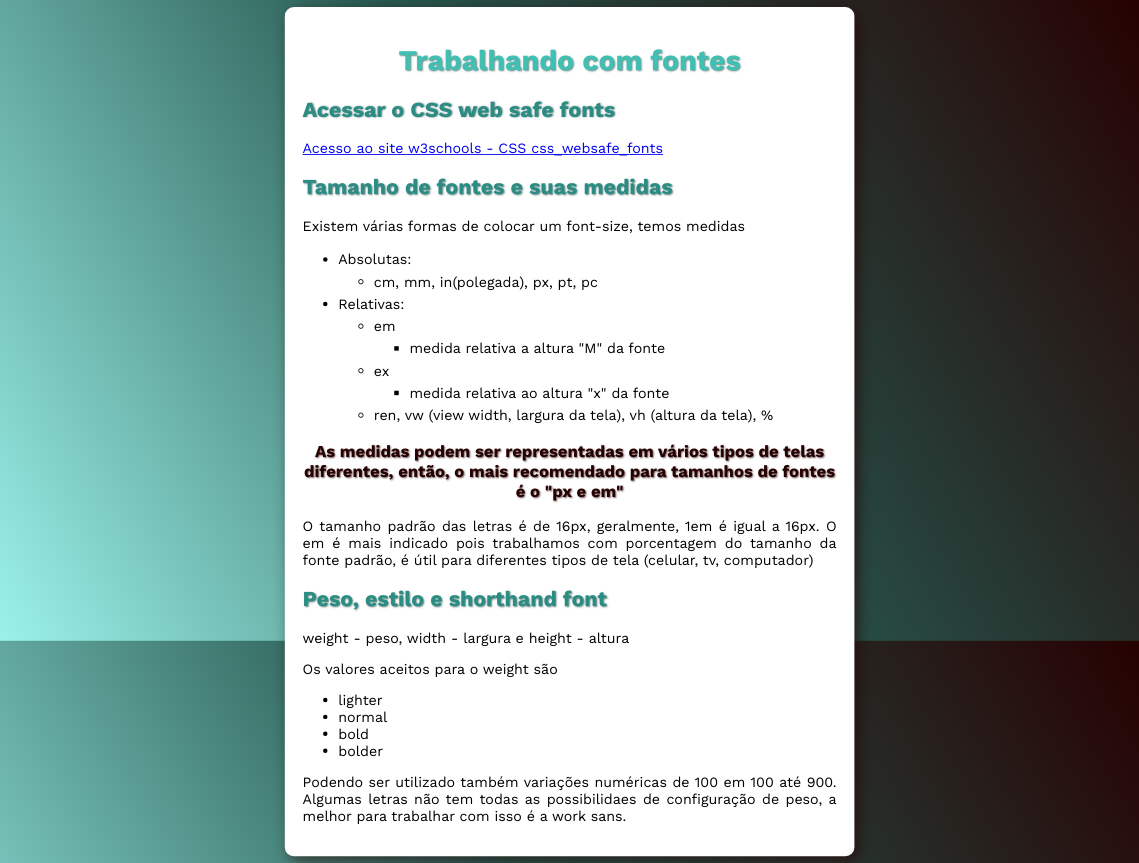
Repository: Willcmorais/vscode-workspace
Page: html-css/curso-em-video/modulo02/estudos/ex022-trab-fontes/fontes.html
An editor plug-in stored every save of this project. The page is shown before and after a run of saves, followed by the edit.
The browser window is 1280 px wide. The pictures show the whole page, at 89% of full size.
Backgrounds fixed to the window are drawn as part of the page.

Above is the page before, as saved 2024-09-18 21:07:24.

### html-css/curso-em-video/modulo02/estudos/ex022-trab-fontes/fontes.html
<!DOCTYPE html>
<html lang="pt-br">

<head>
    <meta charset="UTF-8">
    <meta name="viewport" content="width=device-width, initial-scale=1.0">
    <link rel="stylesheet" href="style.css">
    <title>Fontes em CSS</title>
    <style>
        @import url('https://fonts.googleapis.com/css2?family=Work+Sans:ital,wght@0,100;0,200;0,300;0,400;0,500;0,600;0,700;0,800;0,900;1,100;1,200;1,300;1,400;1,500;1,600;1,700;1,800;1,900&display=swap');

        body {
            font-size: 1em;
            font-weight: 400;
        }

        div {
            /*distancia entre linhas*/
            line-height: 25px;
        }
    </style>

</head>

<body>

</body>
<main>
    <h1>Trabalhando com fontes</h1>
    <h2>Acessar o CSS web safe fonts</h2>
    <a target="_blank" rel="content" href="https://www.w3schools.com/csSref/css_websafe_fonts.php">Acesso ao site
        w3schools - CSS css_websafe_fonts</a>
    <h2>Tamanho de fontes e suas medidas</h2>
    <p>Existem várias formas de colocar um font-size, temos medidas</p>
    <div class="list1">
        <ul>
            <li>Absolutas:</li>
            <ul>
                <li>cm, mm, in(polegada), px, pt, pc</li>
            </ul>
            <li>Relativas:</li>
            <ul>
                <li>em <ul>
                        <li>medida relativa a altura "M" da fonte</li>
                    </ul>
                </li>
                <li>ex <ul>
                        <li>medida relativa ao altura "x" da fonte</li>
                    </ul>
                </li>
            </ul>
            <ul>
                <li>ren, vw (view width, largura da tela), vh (altura da tela), %</li>
            </ul>
        </ul>
    </div>
    <h3>As medidas podem ser representadas em vários tipos de telas diferentes, então, o mais recomendado para tamanhos
        de fontes é o "px e em"</h3>
    <p>O tamanho padrão das letras é de 16px, geralmente, 1em é igual a 16px. O em é mais indicado pois trabalhamos com
        porcentagem do tamanho da fonte padrão, é útil para diferentes tipos de tela (celular, tv, computador)</p>
    <h2>Peso, estilo e shorthand font</h2>
    <p>weight - peso, width - largura e height - altura</p>
    <p>Os valores aceitos para o weight são</p>
    <ul>
        <li>lighter</li>
        <li>normal</li>
        <li>bold</li>
        <li>bolder</li>
    </ul>
    <p>Podendo ser utilizado também variações numéricas de 100 em 100 até 900. Algumas letras não tem todas as
        possibilidaes de configuração de peso, a melhor para trabalhar com isso é a work sans.</p>

</main>

</html>

### html-css/curso-em-video/modulo02/estudos/ex022-trab-fontes/style.css
@charset "utf8";

* {
    /*safe combination, ele usa a primeira letra q achar*/
    font-family: 'Work Sans';
}

body {
    background-image: linear-gradient(-120deg, #260101,#275950, #9BF2EA);
    background-attachment: fixed;
}

img {
    /* As imagens são inline por padrão, então precisamos torná-las block */
    display: block;
    /* Centraliza horizontalmente */
    margin: 0 auto;
}

main {
    background-color: white;
    /*arredonda as bordas*/
    border-radius: 10px;
    /*1 parametro é o lado da sombra, 2 é para baixo, 3 é o quanto espalha e 4 o quanto de transparência tem(ou cor)*/
    box-shadow: 5px 5px 15px rgba(38, 1, 1, 0.619);
    /*largura do recorte*/
    width: 600px;
    /*distancia das bordas com o conteúdo*/
    padding: 20px;
    /*altera automaticamente a margem para o centro da tela*/
    margin: auto;
}

h1 {
    text-align: center;
    color: #41BFB3;
    /*mesmos parametros para o box-shadow*/
    text-shadow: 1px 1px 2px rgba(28, 80, 75, 0.644);
}

h2 {
    color: #2A8C82;
    text-shadow: 1px 1px 2px rgba(21, 70, 65, 0.631);
}

h3 {
    text-align: center;
    color: #260101;
    text-shadow: 1px 1px 2px rgba(38, 1, 1, 0.615);
}

p {
    text-align: justify;
}

After the next 5 saves:
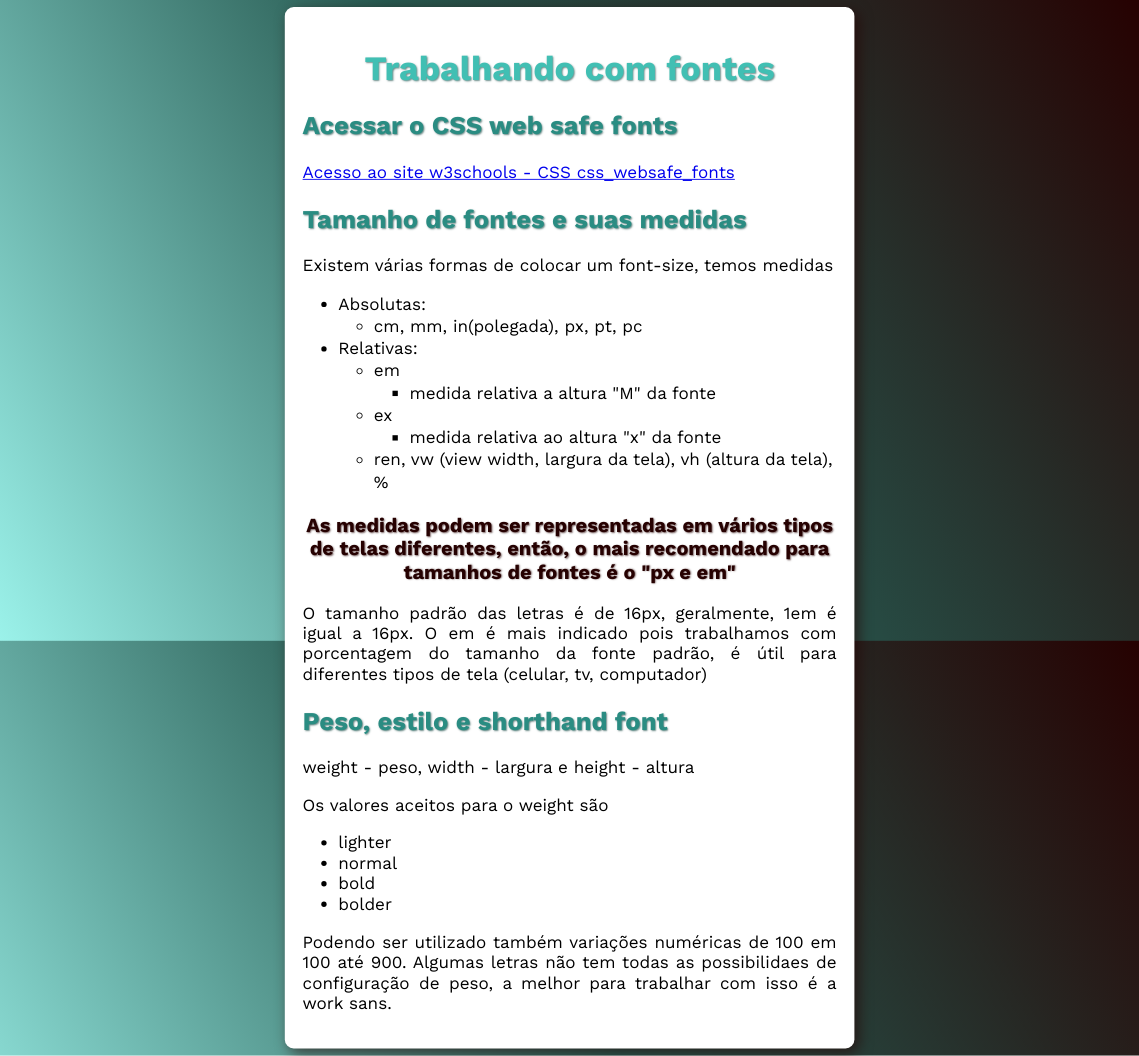
The 5 saves are shown as one change because they came seconds apart.
The last was saved 29 s later.
--- a/html-css/curso-em-video/modulo02/estudos/ex022-trab-fontes/fontes.html
+++ b/html-css/curso-em-video/modulo02/estudos/ex022-trab-fontes/fontes.html
@@ -10,7 +10,7 @@
         @import url('https://fonts.googleapis.com/css2?family=Work+Sans:ital,wght@0,100;0,200;0,300;0,400;0,500;0,600;0,700;0,800;0,900;1,100;1,200;1,300;1,400;1,500;1,600;1,700;1,800;1,900&display=swap');
 
         body {
-            font-size: 1em;
+            font-size: 1.2em;
             font-weight: 400;
         }
 
